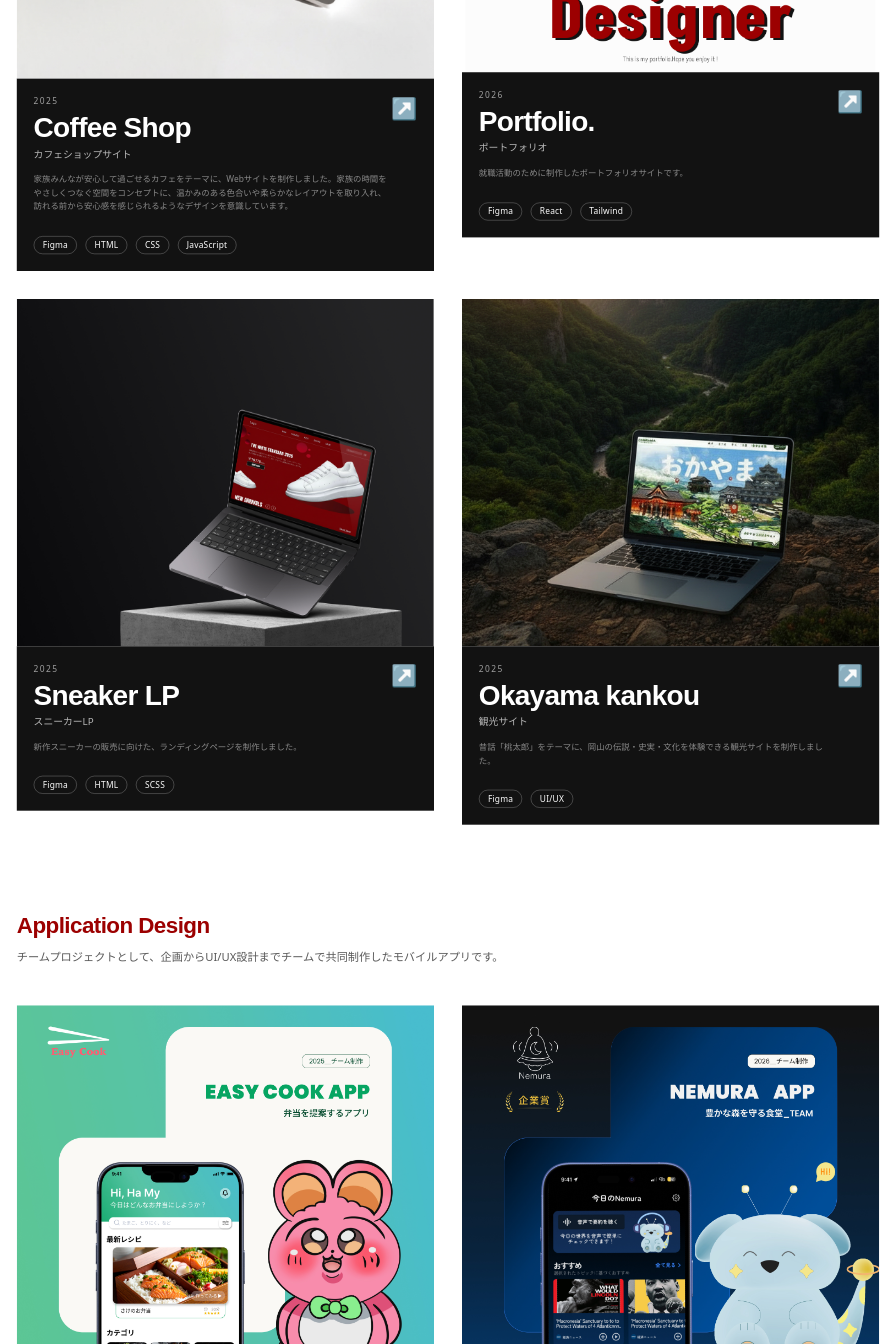
Repository: meme2603/Portfolio-HaMy
Page: / (app in my-portfolio/)
The author's editor kept a copy of each file at every save. The page is drawn from the files as they stood at one save, then again after the next save.
The browser window is 1280 px wide. The pictures show the part of the page from y = 2383 to 4303 px (the page is 6249 px tall before and 6210 px after), at 70% of full size.
Some web fonts or font styles are not loaded; a fallback is used. The project was rebuilt for these pictures with package versions that can differ from the ones it lists, and the page was loaded fresh each time. Also part of the build but not shown: my-portfolio/vite.config.js, my-portfolio/src/pages/ProjectDetail.jsx.

Above is the page before, as saved 2026-06-11 00:51:10.

### my-portfolio/index.html
<!doctype html>
<html lang="ja">
  <head>
    <meta charset="UTF-8" />

    <link rel="icon" type="image/png" href="/memex2.png" />
    <meta name="viewport" content="width=device-width, initial-scale=1.0" />
    <title>My Portfolio</title>
    <link
      rel="stylesheet"
      href="https://fonts.googleapis.com/css2?family=Material+Symbols+Outlined:opsz,wght,FILL,GRAD@24,250,0,0"
    />
    <link rel="preconnect" href="https://fonts.googleapis.com" />
    <link rel="preconnect" href="https://fonts.gstatic.com" crossorigin />
    <link
      href="https://fonts.googleapis.com/css2?family=Akshar:wght@300..700&family=Poppins:wght@300;400;600;700&display=swap"
      rel="stylesheet"
    />
  </head>
  <body>
    <div id="root"></div>

    <script type="module" src="/src/main.jsx"></script>
  </body>
</html>

### my-portfolio/src/main.jsx
import React from "react";
import ReactDOM from "react-dom/client";
import App from "./App";
import "./index.css";

ReactDOM.createRoot(document.getElementById("root")).render(
  <React.StrictMode>
    <App />
  </React.StrictMode>,
);

### my-portfolio/src/App.jsx
// import React from "react";
import { BrowserRouter as Router, Routes, Route } from "react-router-dom";

import Header from "./components/Header";
import Hero from "./components/Hero";
import About from "./components/About";
import Projects from "./components/Projects";
import Skills from "./components/Skills";
import Contact from "./components/Contact";
import ProjectDetail from "./pages/ProjectDetail";
function Home() {
  return (
    <>
      <Hero />
      <About />
      <Projects />
      <Skills />
      <Contact />
    </>
  );
}

function App() {
  return (
    <Router>
      <div className="App">
        <Header />

        {/* Routes điều hướng: Ở trang nào thì lôi component đó ra */}
        <Routes>
          {/* Khi ở đường dẫn mặc định "/", hiển thị toàn bộ trang chủ */}
          <Route path="/" element={<Home />} />

          {/* Khi click vào project, nhảy sang trang chi tiết tạm thời này */}
          <Route path="/project/:id" element={<ProjectDetail />} />
        </Routes>
      </div>
    </Router>
  );
}

export default App;

### my-portfolio/src/index.css
@import "tailwindcss";
@theme {
  --color-primary: #9c0000;
  --color-background: #fff;
  --color-font: #121212;

  --opacity-overlay: 0.65;
  --opacity-glass: 0.1;

  --font-poppins: "Poppins", sans-serif;
  --font-akshar: "Akshar", sans-serif;
}
html {
  scroll-behavior: smooth;
}

### my-portfolio/src/components/Header.jsx
import { useState } from "react";
function MenuItem({ text }) {
  return (
    <li>
      <a
        href={`#${text.toLowerCase()}`}
        className="text-primary text-xl relative group transition-colors"
      >
        {text}
        <span
          className="
            absolute left-0 -bottom-[4px] w-0 h-[1px] bg-primary
            transition-all duration-300 group-hover:w-full
          "
        ></span>
      </a>
    </li>
  );
}

function Header() {
  const [isOpen, setIsOpen] = useState(false);
  const menuItems = ["About", "Projects", "Contact"];
  return (
    <header className="fixed top-0 left-0 w-full h-20 bg-background border-b border-gray-300 z-60">
      <div className="max-w-7xl mx-auto h-full px-6 flex justify-between items-center">
        <div className="shrink-0">
          <a
            href="/"
            className="text-4xl text-primary font-semibold font-akshar"
          >
            HA MY
          </a>
        </div>

        <nav className="hidden lg:block">
          <ul className="flex space-x-10">
            {menuItems.map((item) => (
              <MenuItem key={item} text={item} />
            ))}
          </ul>
        </nav>

        <button
          onClick={() => setIsOpen(!isOpen)}
          className="block lg:hidden text-primary focus:outline-none z-50"
          aria-label="Menu"
        >
          <svg
            xmlns="http://www.w3.org/2000/svg"
            className="h-8 w-8"
            fill="none"
            viewBox="0 0 24 24"
            stroke="currentColor"
          >
            <path
              strokeLinecap="round"
              strokeLinejoin="round"
              strokeWidth="2"
              d={isOpen ? "M6 18L18 6M6 6l12 12" : "M4 6h16M4 12h16M4 18h16"}
            />
          </svg>
        </button>

        <div
          className={`
            absolute top-24 left-0 w-full bg-background border-b border-gray-300
            flex flex-col items-center shadow-lg lg:hidden
            overflow-hidden transition-all duration-700 ease-in-out
            ${isOpen ? "max-h-96 opacity-100 py-8 space-y-6" : "max-h-0 opacity-0 py-0 space-y-0 border-none"}
          `}
        >
          <div className="flex flex-col items-center w-full py-6 space-y-6">
            <a
              href="#about"
              onClick={() => setIsOpen(false)}
              className="text-primary text-2xl transition-opacity duration-700"
            >
              About
            </a>
            <a
              href="#projects"
              onClick={() => setIsOpen(false)}
              className="text-primary text-2xl transition-opacity duration-700"
            >
              Projects
            </a>
            <a
              href="#contact"
              onClick={() => setIsOpen(false)}
              className="text-primary text-2xl transition-opacity duration-700"
            >
              Contact
            </a>
          </div>
        </div>
      </div>
    </header>
  );
}

export default Header;

### my-portfolio/src/components/About.jsx
import aboutImg from "../assets/about.jpg";
function About() {
  return (
    <section
      id="about"
      className="relative w-full h-auto py-24 bg-background overflow-hidden mt-16"
    >
      <div className="max-w-7xl mx-auto px-6 md:px-10">
        {/* TITLE */}
        <div className="mb-16">
          <h1 className="text-5xl md:text-6xl lg:text-7xl font-bold font-akshar text-font leading-none">
            ABOUT ME
          </h1>

          <div className="w-[80px] md:w-[100px] lg:w-[120px] lg:h-[6px] md:h-[5px] h-[4px] bg-primary mt-1"></div>
        </div>

        {/* CONTENT */}
        <div className="flex flex-col lg:flex-row items-center lg:items-start gap-16">
          {/* LEFT */}
          <div className="w-full lg:w-[380px] shrink-0">
            <div className="bg-white rounded-2xl shadow-md p-5">
              <img
                src={aboutImg}
                alt="About Me"
                className="w-full  h-[300px] object-cover rounded-xl"
              />

              <div className="mt-5">
                <h2 className="text-3xl font-akshar font-bold tracking-wide text-font">
                  NGUYEN THI HA MY
                </h2>

                <p className="text-font/70 text-lg mt-1">2001.03.30</p>
              </div>

              <div className="flex gap-3 mt-6">
                <span className="border border-font rounded-full px-4 py-2 text-sm">
                  UI/UX Designer
                </span>

                <span className="border border-font rounded-full px-4 py-2 text-sm">
                  Design Engineer
                </span>
              </div>
            </div>
          </div>

          {/* RIGHT */}
          <div className="flex-1 max-w-[760px]">
            <h2 className="text-2xl md:text-3xl font-semibold font-akshar text-primary tracking-[4px] mb-8">
              PROFILE!!
            </h2>

            <div className="space-y-6 text-font leading-[2.2] text-sm md:text-base lg:text-lg">
              <p>
                ベトナム出身の
                <span className="font-semibold">
                  グエン ティ ハ ミー（ NGUYEN THI HA MY）
                </span>
                です。
              </p>

              <p>
                現在は専門学校で、
                <span className="font-semibold">デザインやコーディング </span>
                について学びながらWeb制作やフロントエンド技術の基礎を学んでおります。
              </p>

              <p>
                2021年に来日し、最初の1年間は日本語学校で日本語を学びました。
                <br />
                その後、ビジネス専門学校に進学し、日本の文化やビジネスマナー、コミュニケーション力を身につけてまいりました。
                その中で、コンピュータの授業を通して、Webデザインという職業があることを初めて知り、興味を持つようになりました。
              </p>

              <p>
                留学生として日本とベトナム両方の文化に触れてきた経験を活かし、将来はユーザーの多様な視点やニーズを理解し、最適な体験をデザインする
                <span className="font-semibold text-primary text-xl">
                  UI/UXデザイナー
                </span>
                を目指しております。
              </p>
            </div>
          </div>
        </div>
      </div>
    </section>
  );
}
export default About;

### my-portfolio/src/components/Projects.jsx
import ProjectSection from "./ProjectSection";
import { websiteProjects, appProjects } from "../data/ProjectsData";

function Projects() {
  return (
    <section id="projects" className="pt-20 bg-background">
      <div className="max-w-7xl mx-auto px-6">
        <h1 className="text-5xl md:text-6xl lg:text-7xl font-akshar font-bold text-font">
          PROJECTS
        </h1>
        <div className="w-[80px] md:w-[100px] lg:w-[120px] lg:h-[6px] md:h-[5px] h-[4px] bg-primary mt-1 mb-20"></div>
        <ProjectSection
          title="Website Design"
          description="学校で学んだ知識を活かし、企画からデザイン、コーディングまで一貫して制作したWebプロジェクトです。"
          projects={websiteProjects}
        />
        <ProjectSection
          title="Application Design"
          description="チームプロジェクトとして、企画からUI/UX設計までチームで共同制作したモバイルアプリです。"
          projects={appProjects}
        />
      </div>
    </section>
  );
}

export default Projects;

### my-portfolio/src/components/Skills.jsx
import { skillData } from "../data/ProjectsData";

function Skill() {
  return (
    <section className="w-full pt-20 pb-16">
      <div className="max-w-7xl mx-auto px-6 pb-10">
        <h2 className="text-5xl md:text-6xl lg:text-7xl font-bold font-akshar text-font leading-none">
          SKILL
        </h2>

        <div className="w-[80px] md:w-[100px] lg:w-[120px] lg:h-[6px] md:h-[5px] h-[4px] bg-primary mt-1"></div>
      </div>

      <div className="max-w-7xl mx-auto px-16 space-y-16">
        {skillData.map((group, index) => (
          <div key={index}>
            <h3 className="text-base font-medium text-font/50 mb-6 tracking-wide italic">
              {group.category}
            </h3>

            <ul className="space-y-4 pl-4">
              {group.skills.map((skill, sIndex) => (
                <li key={sIndex} className="list-disc text-font/90 text-lg">
                  <span className="font-bold text-font">{skill.name}</span>
                  <span className="text-font/80 font-light">
                    : {skill.status} {skill.desc}
                  </span>
                </li>
              ))}
            </ul>
          </div>
        ))}
      </div>
    </section>
  );
}

export default Skill;

### my-portfolio/src/components/ProjectSection.jsx
import ProjectCard from "./ProjectCard";

function ProjectSection({ title, description, projects }) {
  return (
    <section className="mb-32">
      <h2
        className="
          text-[32px]
          leading-none
          font-bold
          font-akshar
          tracking-tight
          text-primary
        "
      >
        {title}
      </h2>

      <p
        className="
          mt-4
          text-font/70
          leading-relaxed
        "
      >
        {description}
      </p>

      <div className="grid grid-cols-1 md:grid-cols-2 gap-10 mt-14">
        {projects.slice(0, 4).map((project, index) => (
          <ProjectCard
            id={project.id}
            key={index}
            year={project.year}
            title={project.title}
            titleJP={project.titleJP}
            description={project.desc}
            tags={project.tags}
            image={project.img}
          />
        ))}
      </div>
    </section>
  );
}

export default ProjectSection;

### my-portfolio/src/data/ProjectsData.js
// projectsData.js
// 1. Import ảnh ở đầu file để JS hiểu đường dẫn
import portfoliothumb from "../assets/portfoliothumb.jpg";
import coffeethumb from "../assets/coffeethumb.jpg";
import sneakerthumb from "../assets/sneakerthumb.jpg";
import okayamathumb from "../assets/okayamathumb.jpg";
import nemurathumb from "../assets/nemurathumb.jpg";
import easycookthumb from "../assets/easycookthumb.jpg";
import coffeemockupHero from "../assets/coffeemockupHero.jpg";
import coffeemockupIntro from "../assets/coffeemockupIntro.png";
import coffeemockupConcept from "../assets/coffeemockupConcept.jpg";
import coffeemockupPC from "../assets/coffeemockupPc.jpg";
import coffeemockupMobile from "../assets/coffeemockupMobile.jpg";
import sneakermockupHero from "../assets/sneakermockupHero.jpg";
import sneakermockupIntro from "../assets/sneakermockupIntro.png";
import sneakermockupConcept from "../assets/sneakermockupConcept.jpg";
import okayamamockupHero from "../assets/okayamamockupHero.jpg";
import okayamamockupIntro from "../assets/okayamamockupIntro.png";
import okayamamockupConcept from "../assets/okayamamockupConcept.jpg";
import okayamamockupPC from "../assets/okayamamockupPC.jpg";
import okayamamockupMobile from "../assets/okayamamockupMobile.jpg";
import nemuramockupHero from "../assets/nemuramockupHero.jpg";
import nemuramockupMobile from "../assets/nemuramockupMobile.jpg";
import easycookmockupHero from "../assets/easycookmockupHero.jpg";
import easycookmockupMobile from "../assets/easycookmockupMobile.jpg";
import portfoliomockupHero from "../assets/portfoliomockupHero.jpg";
import portfoliomockupConcept from "../assets/portfoliomockupConcept.jpg";

export const websiteProjects = [
  {
    id: "coffee-shop",
    year: "2025",
    title: "Coffee Shop",
    name: "THE COFFEE HOUSE",
    titleJP: "カフェショップサイト",
    desc: "家族みんなが安心して過ごせるカフェをテーマに、Webサイトを制作しました。家族の時間をやさしくつなぐ空間をコンセプトに、温かみのある色合いや柔らかなレイアウトを取り入れ、訪れる前から安心感を感じられるようなデザインを意識しています。",
    tags: ["Figma", "HTML", "CSS", "JavaScript"],
    img: coffeethumb,

    // page detail
    mockupHero: coffeemockupHero,
    mockupIntro: coffeemockupIntro,
    mockupConcept: coffeemockupConcept,
    mockupPC: coffeemockupPC,
    mockupMobile: coffeemockupMobile,

    target: "子供連れの20代〜40代のファミリー層",
    objective: "店舗の温かみのある雰囲気をWEB上で表現し...",
    problem: "既存のカフェサイトはスタイリッシュすぎて...",
    designConcept: "温かみのあるベージュ（#FAF7F2）と...",
    ia: "ユーザーが最も知りたい『メニュー』...",
    scope: "UI/UX Designer / Frontend Developer",
    period: "企画・WF：3日\nデザイン：5日",
    tools: "Figma / HTML / CSS / JavaScript",
    URL: "https://coffeeshop.example.com",
  },
  {
    id: "portfolio",
    year: "2026",
    title: "Portfolio.",
    name: "MINI PORTFOLIO", // 👈 FIX 1: Bổ sung name cho portfolio khum bị trống
    titleJP: "ポートフォリオ",
    desc: "就職活動のために制作したポートフォリオサイトです。",
    tags: ["Figma", "React", "Tailwind"],
    img: portfoliothumb,

    // page detail
    mockupHero: portfoliomockupHero,
    mockupConcept: portfoliomockupConcept,

    client: "自主制作（就職活動用）",
    target: "Web制作会社・デザイン企業の採用担当者様",
    objective: "自身のスキル thấu đáo và tư duy thiết kế rõ ràng...",
    problem: "作品単体を見せるだけでは制作の背景や意図が伝わりにくい...",
    designConcept:
      "シンプルかつ視認性の高いダークモードとライトモードの融合...",
    ia: "Home / Project Detail / About / Contact",
    scope: "UI/UX Design / Front-end Development (React)",
    period: "デザイン：3日\nコンディング：5日",
    tools: "Figma / React / Tailwind CSS / Vite",
    URL: "https://portfolio.example.com",
  },
  {
    id: "sneaker-lp",
    year: "2025",
    title: "Sneaker LP",
    name: "SNEAKER RUNNER", // 👈 FIX 1: Bổ sung name cho sneaker
    titleJP: "スニーカーLP",
    desc: "新作スニーカーの販売に向けた、ランディングページを制作しました。",
    tags: ["Figma", "HTML", "SCSS"],
    img: sneakerthumb,

    // page detail
    mockupHero: sneakermockupHero,
    mockupIntro: sneakermockupIntro,
    mockupConcept: sneakermockupConcept,

    target: "10代〜30代のスニーカーコレクター・ストリートファッション好き",
    objective:
      "新作スニーカーの魅力をダイナミックに伝え、購買意欲を刺激する...",
    problem:
      "従来の商品LPは情報量が多く、製品のスタイリッシュさが埋もれがち...",
    designConcept: "ダイナミックなタイポグラフィとコントラストの強い配色...",
    ia: "Hero / Concept / Features / Gallery / Buy Now",
    scope: "UI/UX Design / Coding",
    period: "1週間",
    tools: "Figma / HTML / SCSS / JavaScript",
    URL: "https://sneakerlp.example.com",
  },
  {
    id: "okayama-kankou",
    year: "2025",
    title: "Okayama kankou",
    name: "MOMOTARO LEGEND", // 👈 FIX 1: Bổ sung name cho okayama
    titleJP: "観光サイト",
    desc: "昔話「桃太郎」をテーマに、岡山の伝説・史実・文化を体験できる観光サイトを制作しました。",
    tags: ["Figma", "UI/UX"],
    img: okayamathumb,

    // page detail
    mockupHero: okayamamockupHero,
    mockupIntro: okayamamockupIntro,
    mockupConcept: okayamamockupConcept,
    mockupPC: okayamamockupPC,
    mockupMobile: okayamamockupMobile,

    target: "歴史や文化に興味がある国内の旅行者・ファミリー層",
    objective: "岡山の伝統的な魅力と桃太郎の史実を新しい切り口で伝える...",
    problem:
      "一般的な観光パンフレット的な情報ばかりで、現地のストーリー性が伝わりにくい...",
    designConcept: "和モダンを意識した、落ち着きのあるテクスチャと色彩設計...",
    ia: "トップ / 伝説の背景 / おすすめスポット / アクセス",
    scope: "UI/UX Design / Information Architecture",
    period: "企画・WF：3日\nデザイン：5日",
    tools: "Figma / Illustrator",
    URL: "https://okayama.example.com",
  },
];

export const appProjects = [
  {
    id: "easy-cook",
    year: "2025",
    title: "EASY COOK APP",
    name: "EASY COOK", // 👈 FIX 1: Bổ sung name cho easy cook
    titleJP: "お弁当を提案するアプリ",
    desc: "家にある食材を活用し、親子で楽しくお弁当作りができるアプリです。",
    tags: ["React Native", "Firebase"],
    img: easycookthumb,

    // page detail
    mockupHero: easycookmockupHero,
    mockupMobile: easycookmockupMobile,

    client: "自主制作（モバイルアプリケーション設計）",
    target: "毎日の子供のお弁当作りに悩む、忙しい共働きの親御さん",
    objective:
      "冷蔵庫の残り物で手軽に作れるレシピを提案し、お弁当作りの負担を軽減する...",
    problem: "献立を考える時間が足りず、いつも同じメニューになってしまう...",
    designConcept:
      "親しみやすさと使いやすさを両立した、暖色系主体のUIデザイン...",
    ia: "ホーム / レシピ検索 / お気に入り / 親子モード",
    scope: "UI/UX Design / Mobile Prototype",
    period: "約1.5ヶ月（チーム制作）",
    tools: "Figma / React Native (UI Prototyping)",
    URL: "",
  },
  {
    id: "nemura-app",
    year: "2025-2026",
    title: "Nemura APP",
    name: "NEMURA AI NEWS", // 👈 FIX 1: Bổ sung name cho nemura
    titleJP: "一日寝落ち系AIニュースキュレーションアプリです。",
    desc: "本作は、SNSやニュースの情報をAIで要約し、 マスコットキャラクター「ねむら」が読み聞かせる形式で提供する。夜の短い時間で必要な内容だけを無理なく確認できるよう設計しました。",
    tags: ["React Native", "Firebase"],
    img: nemurathumb,

    // page detail
    mockupHero: nemuramockupHero,
    mockupMobile: nemuramockupMobile,

    client: "チーム制作（ECC EXPO 2026 一次審査通過作品）",
    target:
      "夜寝る前にスマホを見すぎて睡眠不足になりがちな現代のビジネスパーソン・学生",
    objective:
      "画面を見ずに耳だけで今日の重要ニュースを効率よく消化できる体験...",
    problem:
      "夜のスマホ画面のブルーライトが睡眠の質を下げ、不要な情報まで追ってしまう...",
    designConcept:
      "睡眠を妨げない、深い夜をイメージしたダークブルーとパープルの世界観...",
    ia: "音声再生画面 / ニュースカテゴリ選択 / キャラクター設定",
    scope: "UI/UX Design (Lead) / Brand Identity",
    period: "約1.5ヶ月（チーム制作）",
    tools: "Figma / Illustrator / After Effects",
    URL: "",
  },
];

// skillsData.js (Giữ nguyên phần skill ở dưới của bà)
export const skillData = [
  {
    category: "Design tool",
    skills: [
      {
        name: "Figma",
        desc: "Figmaを活用したUIデザインやデザインシステム設計を得意としています。",
      },
      {
        name: "UI/UX",
        desc: "情報設計やユーザビリティを意識したUIデザイン制作を得意としています。",
      },
    ],
  },
  {
    category: "Development",
    skills: [
      {
        name: "HTML/CSS/Tailwind",
        desc: "レスポンシブ対応やUI実装を中心に、使いやすいWebサイト制作に取り組んでいます。",
      },
      {
        name: "JavaScript/React",
        desc: "コンポーネントベースの開発や、状態管理、、動きのあるUI表現について学習しています。",
      },
    ],
  },
];

### my-portfolio/src/components/ProjectCard.jsx
import { Link } from "react-router-dom";

// ProjectCard = component dùng để hiển thị 1 project card
function ProjectCard({ id, year, title, titleJP, description, tags, image }) {
  return (
    <Link to={`/project/${id}`} className="block group">
      <div className="group cursor-pointer ">
        <div className="overflow-hidden bg-font">
          <img
            src={image}
            alt={title}
            className="
            w-full
            object-cover
            transition-all
            duration-500
            group-hover:scale-105
            group-hover:opacity-90
          "
          />
        </div>

        {/* INFO */}
        <div className="bg-font text-background px-6 py-6 ">
          <div className="flex items-start justify-between">
            <div>
              {/* ĐIỀN NĂM VÀO ĐÂY */}
              <p className="text-[12px] tracking-[2px] text-background/60 ">
                {year}
              </p>

              {/* ĐIỀN TIÊU ĐỀ VÀO ĐÂY */}
              <h3
                className="
                text-[40px]
                leading-none
                font-bold
                font-akshar
                tracking-tight
                mt-2
              "
              >
                {title}
              </h3>

              {/* ĐIỀN TIẾNG NHẬT VÀO ĐÂY */}
              <p className="text-sm text-background/70 mt-2">{titleJP}</p>

              {/* ĐIỀN MÔ TẢ VÀO ĐÂY */}
              <p className="text-xs text-background/50 leading-relaxed mt-4">
                {description}
              </p>
            </div>

            <div
              className="
              text-3xl
              transition-transform
              duration-300
              group-hover:translate-x-1
              group-hover:-translate-y-1
            "
            >
              ↗
            </div>
          </div>

          {/* BOTTOM - CHỖ NÀY ĐỂ HIỆN TAGS TỰ ĐỘNG NÈ */}
          <div className="mt-8 flex items-center gap-3 flex-wrap">
            {tags &&
              tags.map((tag, index) => (
                <span
                  key={index}
                  className="
                border
                border-background/30
                rounded-full
                px-3
                py-1
                text-xs
                tracking-wide
              "
                >
                  {tag}
                </span>
              ))}
          </div>
        </div>
      </div>
    </Link>
  );
}

export default ProjectCard;

Loaded but not shown: my-portfolio/src/components/Hero.jsx (128 lines, source omitted); my-portfolio/src/components/Contact.jsx (140 lines, source omitted)

After the next save:
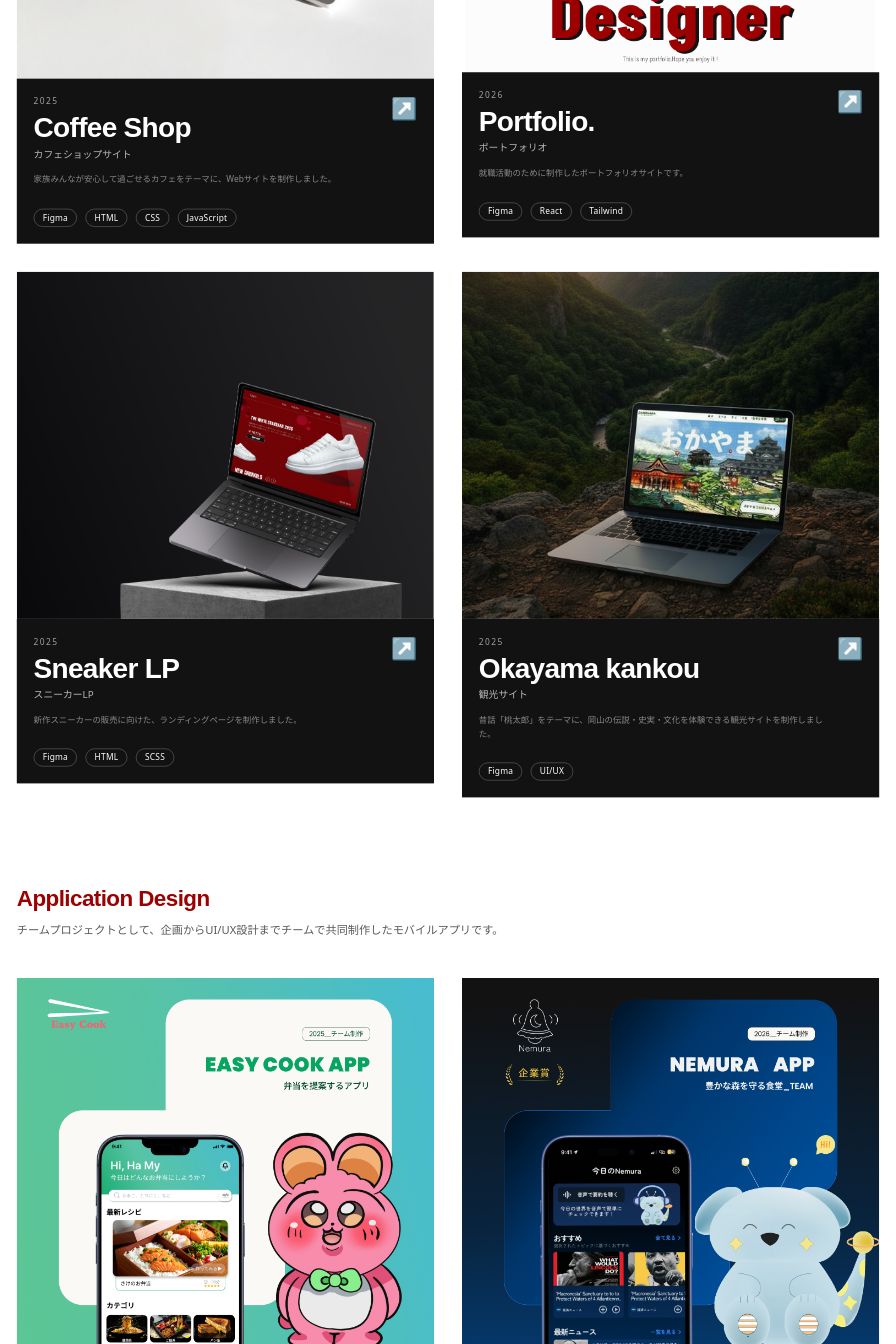
Saved 2 min 17 s later.
--- a/my-portfolio/src/data/ProjectsData.js
+++ b/my-portfolio/src/data/ProjectsData.js
@@ -33,7 +33,7 @@ export const websiteProjects = [
     title: "Coffee Shop",
     name: "THE COFFEE HOUSE",
     titleJP: "カフェショップサイト",
-    desc: "家族みんなが安心して過ごせるカフェをテーマに、Webサイトを制作しました。家族の時間をやさしくつなぐ空間をコンセプトに、温かみのある色合いや柔らかなレイアウトを取り入れ、訪れる前から安心感を感じられるようなデザインを意識しています。",
+    desc: "家族みんなが安心して過ごせるカフェをテーマに、Webサイトを制作しました。",
     tags: ["Figma", "HTML", "CSS", "JavaScript"],
     img: coffeethumb,
 
